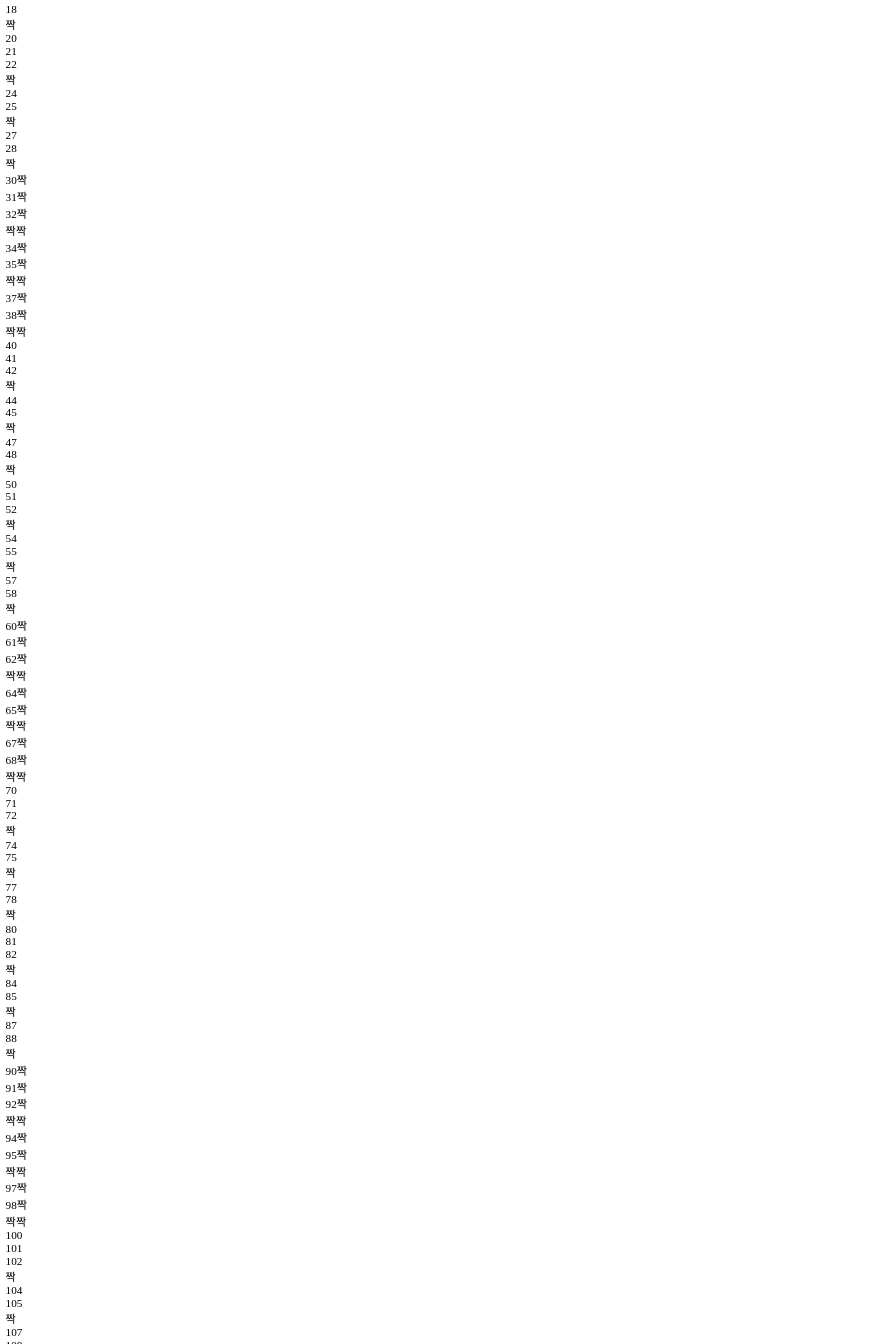
Repository: pshho/newJspProject
Page: http://localhost/JspProj/threesixnine/threesixnine.jsp
The author's editor kept a copy of each file at every save. The page is drawn from the files as they stood at one save, then again after the next save.
The browser window is 1280 px wide. The pictures show the part of the page from y = 398 to 2318 px (the page is 1142451 px tall), at 70% of full size.
The page is served by Tomcat 9. Other server files are loaded and not shown.

Above is the page before, as saved 2023-07-26 05:59:10.

### JspProj/src/main/webapp/threesixnine/threesixnine.jsp
<%@ page language="java" contentType="text/html; charset=UTF-8"
    pageEncoding="UTF-8"%>
<!DOCTYPE html>
<html>
<head>
<meta charset="UTF-8">
<title>3, 6, 9</title>
</head>
<body>
	<h2>3, 6, 9</h2>
	<%
		int n = 50000;
		for(int i=1; i<=n; i++){
			int a = i/10;
			int c = i;

			String text = "";

			while(true){
				int b = c%10;
				c /= 10;

				if(b%3==0 && b!=0){
					text += "짝";
				}

				if(text.equals("")){
					text += i;
				}

				if(c==0){
					break;
				}
			}

			out.println(text + "<br/>");
		}
	%>
</body>
</html>

After the next save:
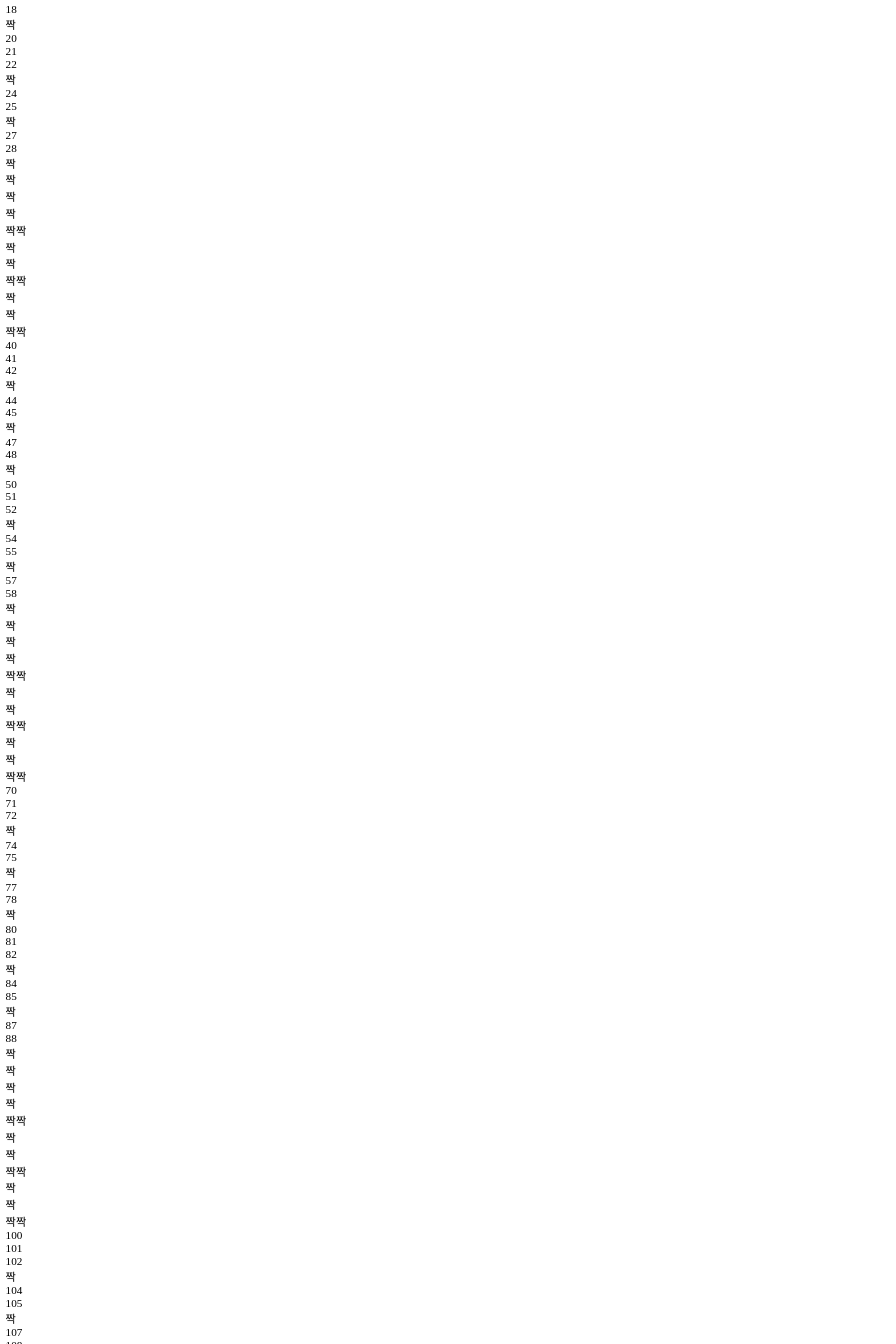
Saved 94 s later.
--- a/JspProj/src/main/webapp/threesixnine/threesixnine.jsp
+++ b/JspProj/src/main/webapp/threesixnine/threesixnine.jsp
@@ -24,13 +24,13 @@
 					text += "짝";
 				}
 
-				if(text.equals("")){
-					text += i;
-				}
-
 				if(c==0){
 					break;
 				}
+			}
+
+			if(text.equals("")){
+				text += i;
 			}
 
 			out.println(text + "<br/>");
